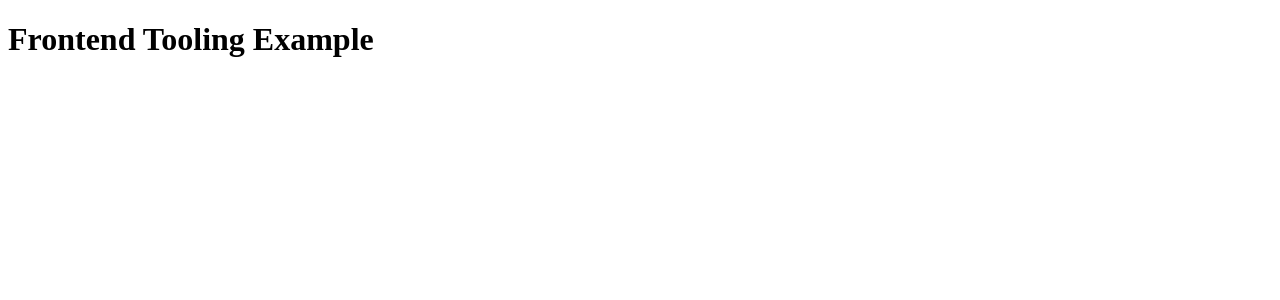
Repository: Kayla-amr/frontendTooling
Page: index.html
These files come from the project's save history. The page is drawn as it stood at one moment and after a run of saves; the edit follows.
The browser window is 1280 px wide. The pictures show the whole page.

Above is the page before, as saved 2023-02-22 13:35:38.

After the next 8 saves:
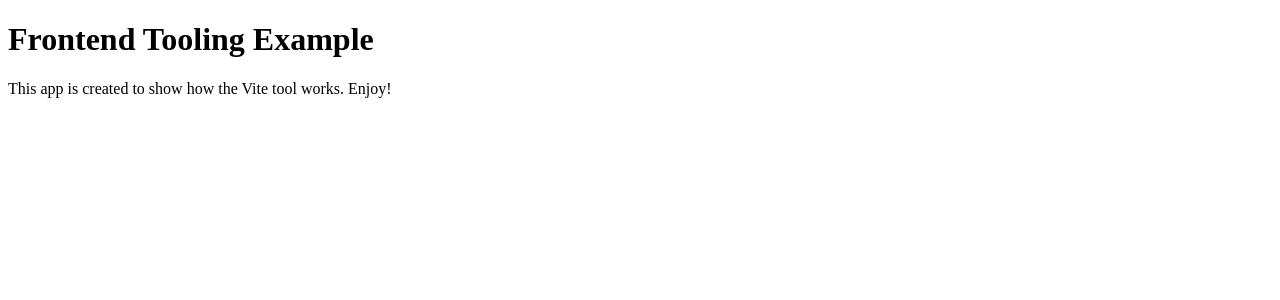
The 8 saves are shown as one change because they came seconds apart.
The last was saved 43 s later.
--- a/js/main.js
+++ b/js/main.js
@@ -11,7 +11,8 @@ title.innerText = 'Frontend Tooling Example';
 info.innerText = 'This app is created to show how the Vite tool works. Enjoy!'
 
 //Adding info into the div
-myApp.appendChild(title, info);
+myApp.appendChild(title);
+myApp.appendChild(info);
 
 
 //Adding div to html
